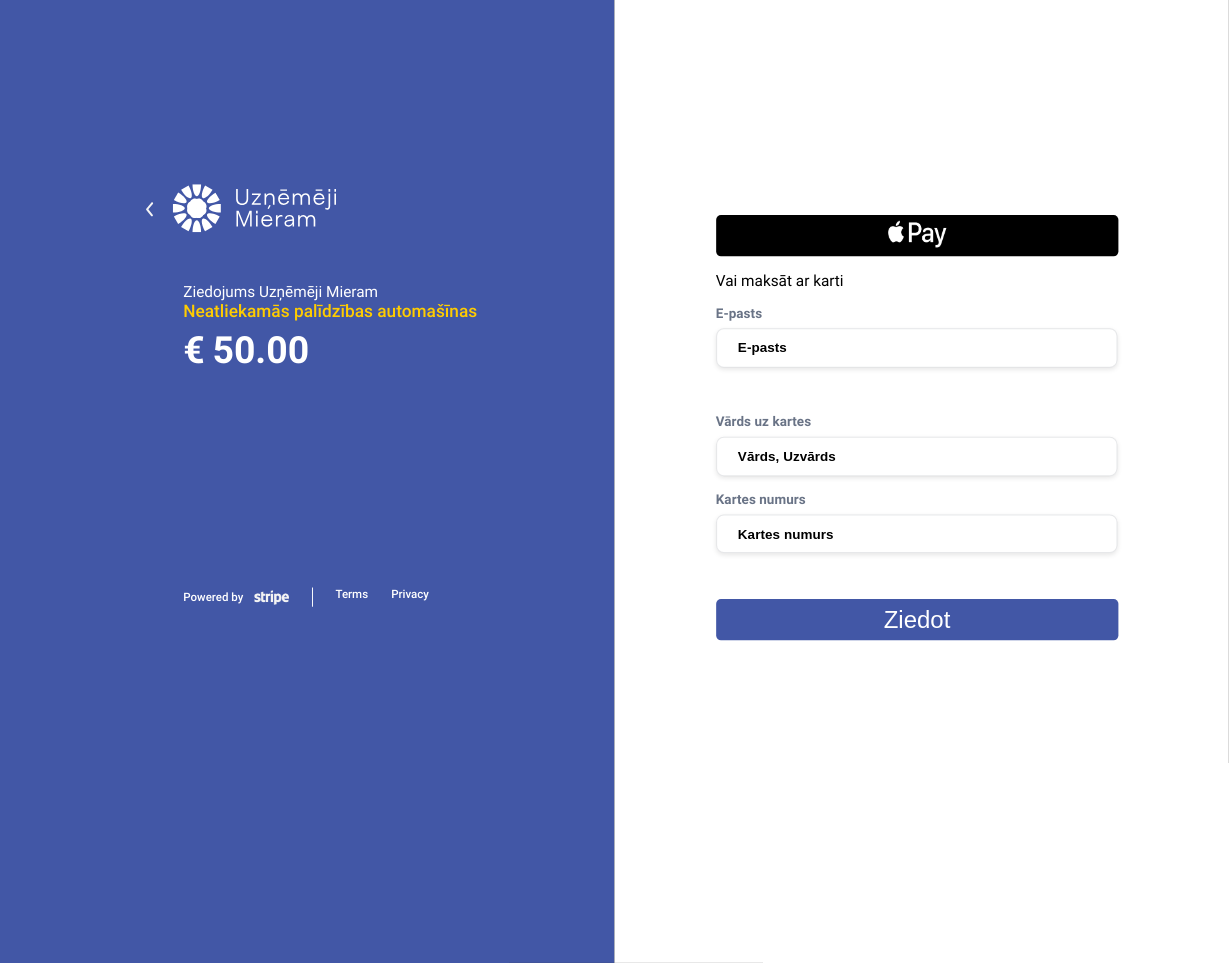
Repository: KatrinaPa/projekts_jul
Page: stripe.html
An editor plug-in stored every save of this project. The page is shown before and after the next save, followed by the edit.
The browser window is 1280 px wide. The pictures show the whole page, at 96% of full size.

Above is the page before, as saved 2023-07-31 22:26:28.

After the next save:
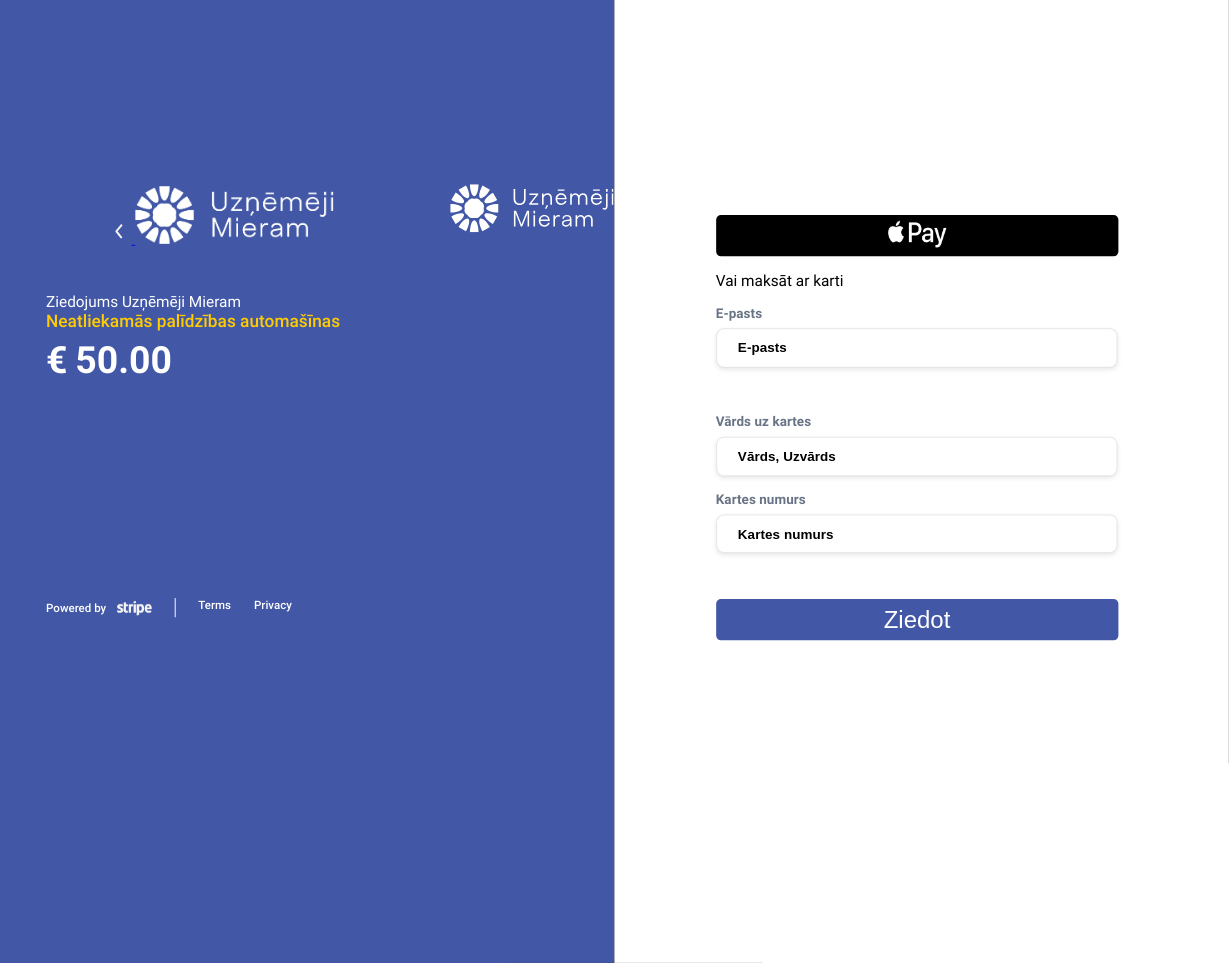
Saved 5 min 20 s later.
--- a/stripe.html
+++ b/stripe.html
@@ -32,6 +32,7 @@
                                         d="M15.2444 20.2912C15.0888 20.2917 14.935 20.2574 14.7944 20.1907C14.6538 20.124 14.53 20.0266 14.4319 19.9058L9.40066 13.6558C9.24745 13.4694 9.1637 13.2356 9.1637 12.9943C9.1637 12.753 9.24745 12.5192 9.40066 12.3328L14.609 6.08285C14.7858 5.87012 15.0399 5.73635 15.3153 5.71095C15.5908 5.68556 15.865 5.77062 16.0777 5.94743C16.2905 6.12424 16.4242 6.37832 16.4496 6.65376C16.475 6.9292 16.39 7.20345 16.2132 7.41618L11.5569 12.9995L16.0569 18.5828C16.1843 18.7357 16.2652 18.9219 16.2901 19.1194C16.315 19.3168 16.2827 19.5173 16.1973 19.697C16.1118 19.8767 15.9766 20.0282 15.8078 20.1335C15.6389 20.2388 15.4434 20.2935 15.2444 20.2912Z"
                                         fill="#F4F4F4" />
                                 </svg>
+                                <img src="assets/images/UM_logo_white.png" alt="UM_logo_white" id="logo-white">
                             </button>
                             <div>
                                 <svg xmlns="http://www.w3.org/2000/svg" width="171" height="50" viewBox="0 0 171 50"
